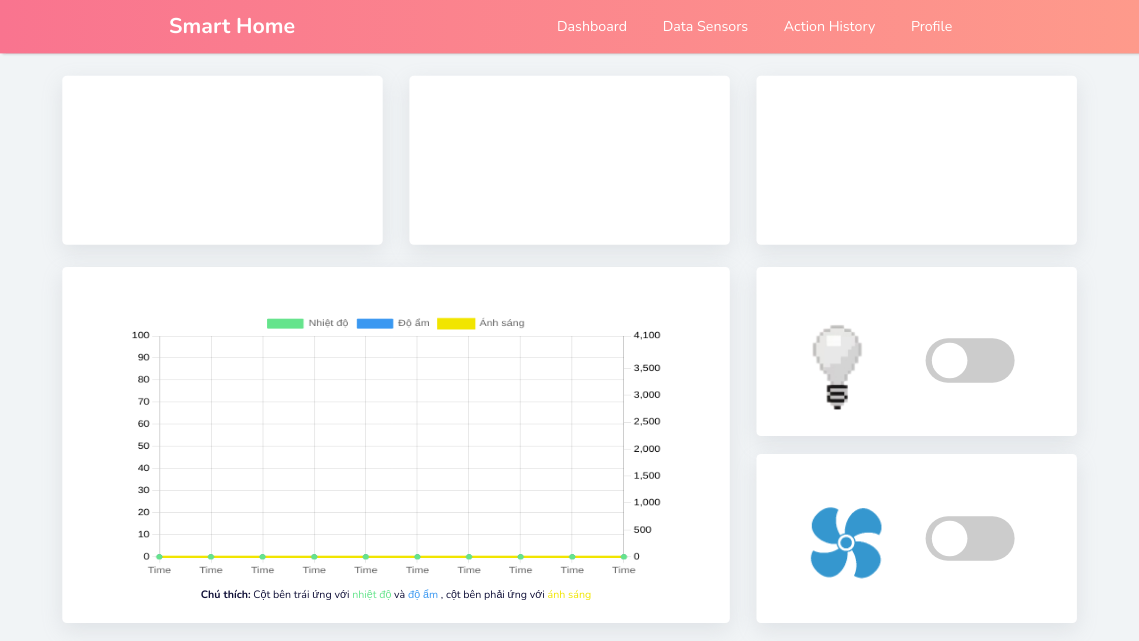
Repository: nhnhunnn/SmartHome
Page: index.html
These files come from the project's save history. The page is drawn as it stood at one moment and after the next save; the edit follows.
The browser window is 1280 px wide. The pictures show the part of the page from y = 0 to 1180 px (the page is 720 px tall before and 1841 px after), at 89% of full size.
Pictures or frames that could not be fetched are drawn as grey boxes. The page's requests for data from a server got no answer.

Above is the page before, as saved 2024-06-03 22:49:57.
Console error: SyntaxError: Identifier 'rowsPerPage' has already been declared

### index.html
<!DOCTYPE html>
<html lang="en">

<head>
  <meta charset="UTF-8" />
  <meta name="viewport" content="width=device-width, initial-scale=1.0" />
  <title>Nguyễn Hồng Nhung - B20DCPT150</title>
  <link rel="stylesheet" href="https://cdnjs.cloudflare.com/ajax/libs/normalize/8.0.1/normalize.min.css"
    integrity="sha512-NhSC1YmyruXifcj/KFRWoC561YpHpc5Jtzgvbuzx5VozKpWvQ+4nXhPdFgmx8xqexRcpAglTj9sIBWINXa8x5w=="
    crossorigin="anonymous" referrerpolicy="no-referrer" />
  <link rel="stylesheet" href="./assets/css/base.css" />
  <link rel="stylesheet" href="./assets/css/style.css" />
  <link rel="stylesheet" href="https://cdnjs.cloudflare.com/ajax/libs/font-awesome/6.5.1/css/all.min.css"
    integrity="sha512-DTOQO9RWCH3ppGqcWaEA1BIZOC6xxalwEsw9c2QQeAIftl+Vegovlnee1c9QX4TctnWMn13TZye+giMm8e2LwA=="
    crossorigin="anonymous" referrerpolicy="no-referrer" />
</head>

<body>
  <div class="header">
    <div class="overview">
      <a href="" class="home">
        <h3>Smart Home</h3>
      </a>
    </div>
    <div class="menuList">
      <ul class="menuListItem">
        <li>
          <a id="dashboard" href="index.html">Dashboard</a>
        </li>
        <li>
          <a id="data" href="datasensors.html">Data Sensors</a>
        </li>
        <li>
          <a id="action" href="actionhistory.html">Action History</a>
        </li>
        <li>
          <a id="profile" href="profile.html">Profile</a>
        </li>
      </ul>
    </div>
  </div>
  <!-- Dashboard -->
  <div class="hidden tabContent" id="wrapper">
    <div class="envir">
      <div class="envirItem">
        <div class="envirTitle">
          <svg xmlns="http://www.w3.org/2000/svg" width="50" height="50" viewBox="0 0 24 24" fill="none" stroke="#FFFF"
            stroke-width="1.5" stroke-linecap="round" stroke-linejoin="round" class="lucide lucide-thermometer">
            <path d="M14 4v10.54a4 4 0 1 1-4 0V4a2 2 0 0 1 4 0Z" />
          </svg>
          <span>Nhiệt độ</span>
        </div>
        <p class="envirTemp">26°C</p>
      </div>
      <div class="envirItem1">
        <div class="envirTitle">
          <svg xmlns="http://www.w3.org/2000/svg" width="50" height="50" viewBox="0 0 24 24" fill="none"
            stroke="#ffffff" stroke-width="1.5" stroke-linecap="round" stroke-linejoin="round"
            class="lucide lucide-droplets">
            <path
              d="M7 16.3c2.2 0 4-1.83 4-4.05 0-1.16-.57-2.26-1.71-3.19S7.29 6.75 7 5.3c-.29 1.45-1.14 2.84-2.29 3.76S3 11.1 3 12.25c0 2.22 1.8 4.05 4 4.05z" />
            <path d="M12.56 6.6A10.97 10.97 0 0 0 14 3.02c.5 2.5 2 4.9 4 6.5s3 3.5 3 5.5a6.98 6.98 0 0 1-11.91 4.97" />
          </svg>
          <span>Độ ẩm</span>
        </div>
        <p class="envirHum">50%</p>
      </div>
      <div class="envirItem2">
        <div class="envirTitle">
          <svg xmlns="http://www.w3.org/2000/svg" width="50" height="50" viewBox="0 0 24 24" fill="none"
            stroke="#ffffff" stroke-width="1.5" stroke-linecap="round" stroke-linejoin="round"
            class="lucide lucide-sun">
            <circle cx="12" cy="12" r="4" />
            <path d="M12 2v2" />
            <path d="M12 20v2" />
            <path d="m4.93 4.93 1.41 1.41" />
            <path d="m17.66 17.66 1.41 1.41" />
            <path d="M2 12h2" />
            <path d="M20 12h2" />
            <path d="m6.34 17.66-1.41 1.41" />
            <path d="m19.07 4.93-1.41 1.41" />
          </svg>
          <span>Ánh sáng</span>
        </div>
        <p class="envirLux">120 lux</p>
      </div>
    </div>
    <div class="feature">
      <div class="chartFeature featureItem">
        <canvas id="myChart" style="width: 600px; height: 350px; margin: auto; padding-top: 50px"></canvas>
        <p>
          <b>Chú thích:</b> Cột bên trái ứng với
          <span style="color: #65e48c">nhiệt độ</span> và
          <span style="color: #3a98f1">độ ẩm</span> , cột bên phải ứng với
          <span style="color: #f1e500">ánh sáng</span>
        </p>
      </div>
      <div class="switchFeature">
        <div class="lightSwitch featureItem">
          <label>
            <div class="lamp" id="lamp"></div>
            <input type="checkbox" id="toggleSwitch" />
            <span></span>
          </label>
        </div>
        <div class="fanSwitch featureItem">
          <label>
            <div class="fan" id="fan"></div>
            <input type="checkbox" id="toggleSwitchFan" />
            <span></span>
          </label>
        </div>
      </div>
    </div>
  </div>

  <!-- Data sensors  -->
  <div id="datasensors" class="tabContent">
    <label for="attributeRowsSelect">Chọn số hàng: </label>
    <select id="attributeRowsSelect">
      <option value="5">5</option>
      <option value="10">10</option>
      <option value="25">25</option>
      <option value="50">50</option>
    </select>

    <label for="attributeDataSensorSelect">Chọn giá trị: </label>
    <select id="attributeDataSensorSelect">
      <option value="all">Tất cả</option>
      <option value="temp">Nhiệt độ</option>
      <option value="hum">Độ ẩm</option>
      <option value="light">Ánh sáng</option>
    </select>


    <div class="searchDataSensor-container">
      <input type="text" id="searchInputDataSensor" placeholder="Tìm kiếm..." />
      <button onclick="handleSearch()">Tìm kiếm</button>
    </div>

    <table id="datasensorTable">
      <thead>
        <tr id="tableHeaders">
          <th>Id</th>
          <th>Thời gian</th>
      </tr>
      </thead>
      <tbody>
      </tbody>
    </table>
    <div id="pagination"></div>
  </div>

  <!-- Action history -->
  <div id="actionHistory" class="tabContent">
    <label for="attributeRowsSelect1">Chọn số hàng: </label>
    <select id="attributeRowsSelect1">
      <option value="5">2</option>
      <option value="5">5</option>
      <option value="10">10</option>
      <option value="25">25</option>
      <option value="50">50</option>
    </select>

    <label for="attributeActionSelect">Chọn giá trị: </label>
    <select id="attributeActionSelect">
      <option value="all">Tất cả</option>
      <option value="id_device">Thiết bị</option>
      <option value="status">Hành động</option>
    </select>


    <div class="searchDataSensor-container">
      <input type="text" id="searchInputAction" placeholder="Tìm kiếm..." />
      <button onclick="handleSearchAction()">Tìm kiếm</button>
    </div>

    <table id="actionTable">
      <thead>
        <tr id="tableHeaders1">
          <th>Id</th>
          <th>Thời gian</th>
      </tr>
      </thead>
      <tbody>
      </tbody>
    </table>
    <div id="pagination1"></div>
  </div>

  <!-- Profile -->
  <div class="container tabContent" id="infor">
    <div class="profileContent">
      <div class="left">
        <div class="title">
          <h1>Hi!</h1>
          <div class="name">I'm Hong Nhung</div>
        </div>
        <div class="about_me">
          <table>
            <tr>
              <td class="thead">D.O.B</td>
              <td class="content">01.11.2002</td>
            </tr>
            <tr>
              <td class="thead">Phone</td>
              <td class="content">0359471790</td>
            </tr>
            <tr>
              <td class="thead thead_edu">Education</td>
              <td class="content">
                <span class="ptit">Posts and Telecommunications Institute of Technology</span>
              </td>
            </tr>
            <tr>
              <td class="thead_hidden"></td>
              <td class="content">
                <span class="mul">Multimedia technology</span>
              </td>
            </tr>
            <tr>
              <td class="thead">Email</td>
              <td class="content">
                <a href="" class="email">nhnhungg1112@gmail.com</a>
              </td>
            </tr>
            <tr>
              <td class="thead">Social</td>
              <td class="content">
                <a href="https://www.facebook.com/nhnhun1112" target="_blank" class="fb"><i
                    class="fa-brands fa-facebook"></i></a>
                <a href="https://www.instagram.com/nhnhunnn/" _blank class="ig"><i
                    class="fa-brands fa-instagram"></i></a>
              </td>
            </tr>
          </table>
        </div>
      </div>
      <div class="right">
        <div class="avatar">
          <img src="./assets/images/avt1.jpg" alt="" class="avt" />
        </div>
        <div class="quotes">
          <span class="quo_text">"Life isn’t about waiting for the storm to pass. It’s about
            learning to dance in the rain."</span>
        </div>
        <div class="click"></div>
        <button type="button" class="btn">Contact with me</button>
      </div>
    </div>
  </div>
  <script src="https://cdn.jsdelivr.net/npm/chart.js"></script>
  <script src="./assets/script.js"></script>
  <script src="./assets/datasensors.js"></script>
  <script src="./assets/actionhistory.js"></script>
</body>

</html>

### assets/css/base.css
@import url('https://fonts.googleapis.com/css2?family=Nunito:wght@200;300;400;500;600;700;800;900;1000&display=swap');
:root{
    --bgr-color: #F1F4F6;
    --font: 'Nunito', sans-serif;
    --text-color: #101038;
}
body{
    box-sizing: border-box;
    font-family: var(--font);
    background-color: var(--bgr-color);
    color: var(--text-color);
}
.hidden{
    max-width: 1140px;
    margin: auto;
}
a{
    text-decoration: none;
}

### assets/script.js
// bieu do
let data = {
  labels: Array(10).fill('Time'),
  datasets: [{
    label: 'Nhiệt độ',
    data: Array(10).fill(0),
    borderColor: '#65e48c',
    backgroundColor: '#65e48c',
    yAxisID: 'y',
    xAxisID: 'x'
  }, {
    label: 'Độ ẩm',
    data: Array(10).fill(0),
    borderColor: '#3a98f1',
    backgroundColor: '#3a98f1',
    yAxisID: 'y',
    xAxisID: 'x'
  }, {
    label: 'Ánh sáng',
    data: Array(10).fill(0),
    borderColor: '#f1e500',
    backgroundColor: '#f1e500',
    yAxisID: 'y2',
    xAxisID: 'x',
    type: 'line'
  }]
};

const config = {
  type: 'scatter',
  data: data,
  options: {
    responsive: true,
    plugins: {
      legend: {
        position: 'top',
      },
      // title: {
      //   display: true,
      //   text: 'Chart.js Scatter Multi Axis Chart'
      // }
    },
    scales: {
      x: {
        type: 'category',
        position: 'bottom',
      },
      y: {
        type: 'linear',
        position: 'left',
        max: 100,
        ticks: {
          color: 'black'
        }
      },
      y2: {
        type: 'linear',
        position: 'right',
        max: 4100,
        ticks: {
          color: 'black'
        },
        grid: {
          drawOnChartArea: false
        }
      }
    }
  },
};

const ctx = document.getElementById('myChart').getContext('2d');
let myChart = new Chart(ctx, config);

async function fetchSensorData() {
    const response = await fetch('http://localhost:5003/getNewData');
    if (!response.ok) {
        console.error('Error', response.statusText);
        return;
    }

    const getdata = await response.json();
    let lastData = getdata.data;

    document.querySelector('.envirTemp').innerText = lastData.temp + '';
    document.querySelector('.envirHum').innerText = lastData.hum + '';
    document.querySelector('.envirLux').innerText = lastData.light + '';
                                                          // -> light if api of Nhung
    // temperature
    var envirItem = document.querySelector('.envirItem');
    var envirTemp = document.querySelector('.envirTemp');
    var temperature = parseInt(envirTemp.innerHTML);
    changeBackgroundColorTemp(temperature);
    // Hàm để đổi màu nền dựa trên nhiệt độ
    function changeBackgroundColorTemp(temp) {
        var gradientColor;
        if (temp < 15) {
            gradientColor = 'linear-gradient(45deg, #f9a7a9, #ff7878)';
        } else if (temp >= 15 && temp < 25) {
            gradientColor = 'linear-gradient(45deg, #ff7878, #f2302f)';
        } else {
            gradientColor = 'linear-gradient(45deg, #f2302f, #a50405)';
        }
        envirItem.style.background = gradientColor;
    };

    // humidity
    var envirItem1 = document.querySelector('.envirItem1');
    var envirHum = document.querySelector('.envirHum');
    var humidity = parseInt(envirHum.innerHTML);
    changeBackgroundColorHum(humidity);
    // Hàm để đổi màu nền dựa trên độ ẩmøø
    function changeBackgroundColorHum(hum) {
        var gradientColor;
        if (hum < 40) {
            gradientColor = 'linear-gradient(45deg,  #7ce8ff, #55d0ff)';
        } else if (hum >= 40 && hum <= 70) {
            gradientColor = 'linear-gradient(45deg,  #55d0ff,#0058b3)';
        } else {
            gradientColor = 'linear-gradient(45deg, #00acdf,#003366)';
        }
        envirItem1.style.background = gradientColor;
    };

    // light
    var envirItem2 = document.querySelector('.envirItem2');
    var envirLux = document.querySelector('.envirLux');
    var light = parseInt(envirLux.innerHTML);

    changeBackgroundColorLight(light);
    // Hàm để đổi màu nền dựa trên nhiệt độ
    function changeBackgroundColorLight(lg) {
        var gradientColor;
        if (lg < 50) {
            gradientColor = 'linear-gradient(-30deg, #535200, #8D8C00)'; // Màu xanh dương
        } else if (lg >= 50 && lg <= 700) {
            gradientColor = 'linear-gradient(-30deg, #FFD400, #EDEA00)'; // Màu xanh da trời nhạt
        } else {
            gradientColor = 'linear-gradient(-30deg, #EDEA00, #F6FA67)'; // Màu đỏ
        }
        envirItem2.style.background = gradientColor;
    };


    data.datasets[0].data.shift();
    data.datasets[0].data.push(lastData.temp);

    data.datasets[1].data.shift();
    data.datasets[1].data.push(lastData.hum);

    data.datasets[2].data.shift();
    data.datasets[2].data.push(lastData.light);

    // data.labels.shift();
    // data.labels.push(lastData.dateCreated);

    myChart.update();

};

document.addEventListener('DOMContentLoaded', (event) => {
    setInterval(fetchSensorData, 5000);
    fetchSensorData();
});

// Bat tat den
document.addEventListener('DOMContentLoaded', function () {
    const toggleSwitch = document.getElementById('toggleSwitch');
    const lamp = document.getElementById('lamp');

    toggleSwitch.addEventListener('change', function () {
        if (toggleSwitch.checked) {
            lamp.style.backgroundImage = "url('assets/images/lightOn.png')";
        } else {
            lamp.style.backgroundImage = "url('assets/images/lightOff.png')";
        }
    });
});

// Bat tat quat
document.addEventListener('DOMContentLoaded', function () {
    const toggleSwitch = document.getElementById('toggleSwitchFan');
    const fan = document.getElementById('fan');

    toggleSwitch.addEventListener('change', function () {
        if (toggleSwitch.checked) {
            fan.style.backgroundImage = "url('assets/images/fanOn.gif')";
        } else {
            fan.style.backgroundImage = "url('assets/images/fanOff.gif')";
        }
    });
});



function showContent(page, clickedElement) {
    var contents = document.querySelectorAll('.tabContent');
    contents.forEach(function(content) {
        content.style.display = 'none';
    });
    document.getElementById(page).style.display = 'block';

    localStorage.setItem('activeTab', page);

    var links = document.querySelectorAll('ul li a');
    links.forEach(function(link) {
        link.style.fontWeight = 'normal';
    });

    clickedElement.style.fontWeight = 'bold';
};

window.addEventListener('DOMContentLoaded', (event) => {
    showContent('wrapper', this);
});

Loaded but not shown: assets/datasensors.js (168 lines, source omitted); assets/actionhistory.js (152 lines, source omitted); assets/css/style.css (499 lines, source omitted)

After the next save:
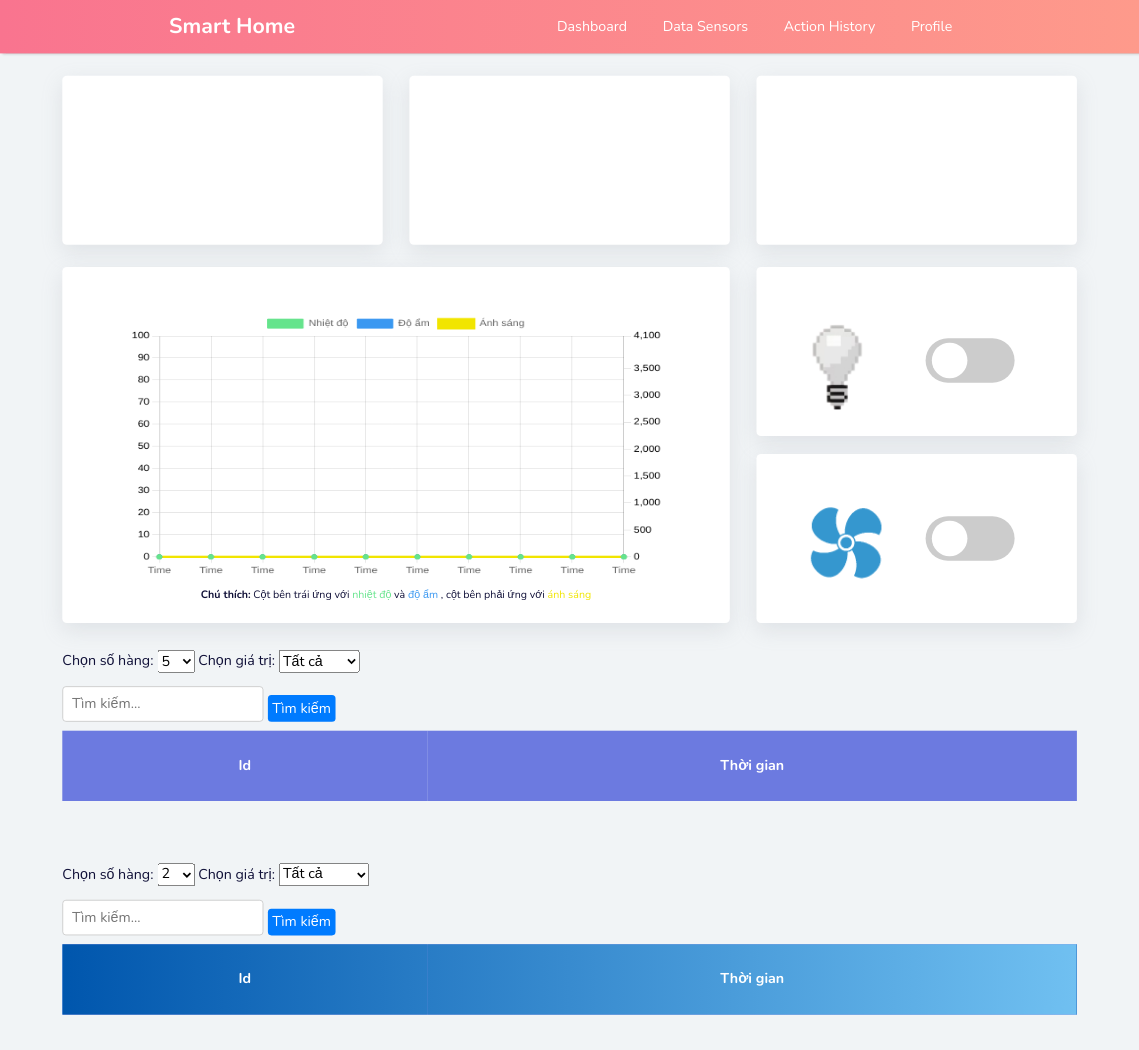
Saved 6 s later.
--- a/assets/script.js
+++ b/assets/script.js
@@ -191,24 +191,6 @@
 });
 
 
-
-function showContent(page, clickedElement) {
-    var contents = document.querySelectorAll('.tabContent');
-    contents.forEach(function(content) {
-        content.style.display = 'none';
-    });
-    document.getElementById(page).style.display = 'block';
-
-    localStorage.setItem('activeTab', page);
-
-    var links = document.querySelectorAll('ul li a');
-    links.forEach(function(link) {
-        link.style.fontWeight = 'normal';
-    });
-
-    clickedElement.style.fontWeight = 'bold';
-};
-
 window.addEventListener('DOMContentLoaded', (event) => {
     showContent('wrapper', this);
 });

After the 2 saves that followed:
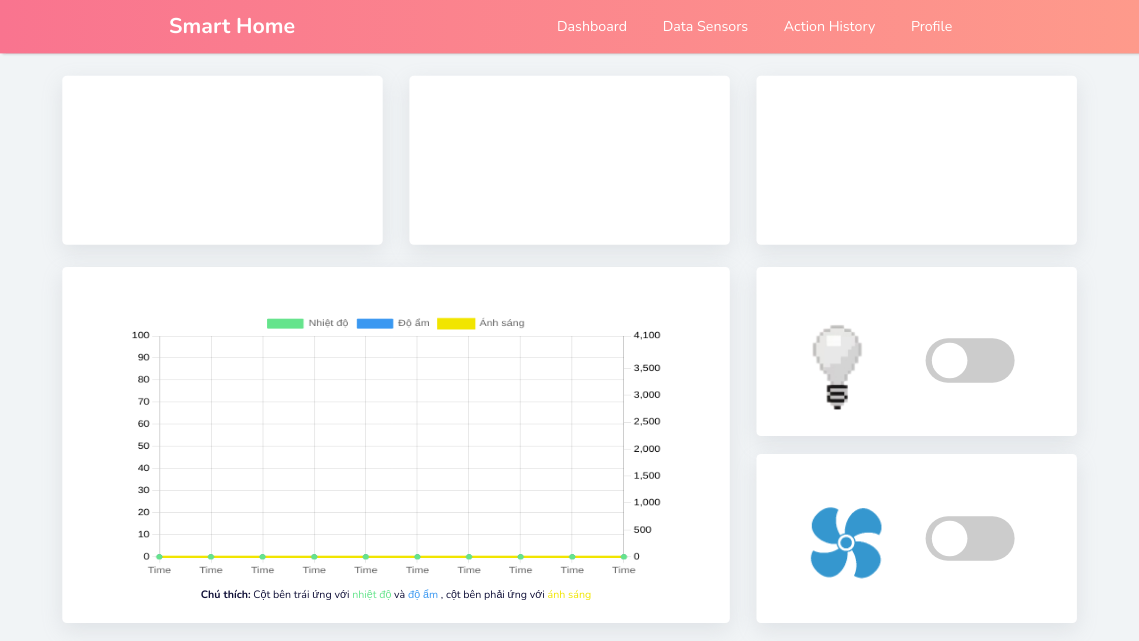
Console error: TypeError: Cannot read properties of null (reading 'addEventListener')
The 2 saves are shown as one change because 1 left the picture as it was.
The last was saved 41 s later.
--- a/index.html
+++ b/index.html
@@ -114,141 +114,6 @@
     </div>
   </div>
 
-  <!-- Data sensors  -->
-  <div id="datasensors" class="tabContent">
-    <label for="attributeRowsSelect">Chọn số hàng: </label>
-    <select id="attributeRowsSelect">
-      <option value="5">5</option>
-      <option value="10">10</option>
-      <option value="25">25</option>
-      <option value="50">50</option>
-    </select>
-
-    <label for="attributeDataSensorSelect">Chọn giá trị: </label>
-    <select id="attributeDataSensorSelect">
-      <option value="all">Tất cả</option>
-      <option value="temp">Nhiệt độ</option>
-      <option value="hum">Độ ẩm</option>
-      <option value="light">Ánh sáng</option>
-    </select>
-
-
-    <div class="searchDataSensor-container">
-      <input type="text" id="searchInputDataSensor" placeholder="Tìm kiếm..." />
-      <button onclick="handleSearch()">Tìm kiếm</button>
-    </div>
-
-    <table id="datasensorTable">
-      <thead>
-        <tr id="tableHeaders">
-          <th>Id</th>
-          <th>Thời gian</th>
-      </tr>
-      </thead>
-      <tbody>
-      </tbody>
-    </table>
-    <div id="pagination"></div>
-  </div>
-
-  <!-- Action history -->
-  <div id="actionHistory" class="tabContent">
-    <label for="attributeRowsSelect1">Chọn số hàng: </label>
-    <select id="attributeRowsSelect1">
-      <option value="5">2</option>
-      <option value="5">5</option>
-      <option value="10">10</option>
-      <option value="25">25</option>
-      <option value="50">50</option>
-    </select>
-
-    <label for="attributeActionSelect">Chọn giá trị: </label>
-    <select id="attributeActionSelect">
-      <option value="all">Tất cả</option>
-      <option value="id_device">Thiết bị</option>
-      <option value="status">Hành động</option>
-    </select>
-
-
-    <div class="searchDataSensor-container">
-      <input type="text" id="searchInputAction" placeholder="Tìm kiếm..." />
-      <button onclick="handleSearchAction()">Tìm kiếm</button>
-    </div>
-
-    <table id="actionTable">
-      <thead>
-        <tr id="tableHeaders1">
-          <th>Id</th>
-          <th>Thời gian</th>
-      </tr>
-      </thead>
-      <tbody>
-      </tbody>
-    </table>
-    <div id="pagination1"></div>
-  </div>
-
-  <!-- Profile -->
-  <div class="container tabContent" id="infor">
-    <div class="profileContent">
-      <div class="left">
-        <div class="title">
-          <h1>Hi!</h1>
-          <div class="name">I'm Hong Nhung</div>
-        </div>
-        <div class="about_me">
-          <table>
-            <tr>
-              <td class="thead">D.O.B</td>
-              <td class="content">01.11.2002</td>
-            </tr>
-            <tr>
-              <td class="thead">Phone</td>
-              <td class="content">0359471790</td>
-            </tr>
-            <tr>
-              <td class="thead thead_edu">Education</td>
-              <td class="content">
-                <span class="ptit">Posts and Telecommunications Institute of Technology</span>
-              </td>
-            </tr>
-            <tr>
-              <td class="thead_hidden"></td>
-              <td class="content">
-                <span class="mul">Multimedia technology</span>
-              </td>
-            </tr>
-            <tr>
-              <td class="thead">Email</td>
-              <td class="content">
-                <a href="" class="email">nhnhungg1112@gmail.com</a>
-              </td>
-            </tr>
-            <tr>
-              <td class="thead">Social</td>
-              <td class="content">
-                <a href="https://www.facebook.com/nhnhun1112" target="_blank" class="fb"><i
-                    class="fa-brands fa-facebook"></i></a>
-                <a href="https://www.instagram.com/nhnhunnn/" _blank class="ig"><i
-                    class="fa-brands fa-instagram"></i></a>
-              </td>
-            </tr>
-          </table>
-        </div>
-      </div>
-      <div class="right">
-        <div class="avatar">
-          <img src="./assets/images/avt1.jpg" alt="" class="avt" />
-        </div>
-        <div class="quotes">
-          <span class="quo_text">"Life isn’t about waiting for the storm to pass. It’s about
-            learning to dance in the rain."</span>
-        </div>
-        <div class="click"></div>
-        <button type="button" class="btn">Contact with me</button>
-      </div>
-    </div>
-  </div>
   <script src="https://cdn.jsdelivr.net/npm/chart.js"></script>
   <script src="./assets/script.js"></script>
   <script src="./assets/datasensors.js"></script>
--- a/assets/script.js
+++ b/assets/script.js
@@ -189,8 +189,3 @@
         }
     });
 });
-
-
-window.addEventListener('DOMContentLoaded', (event) => {
-    showContent('wrapper', this);
-});
